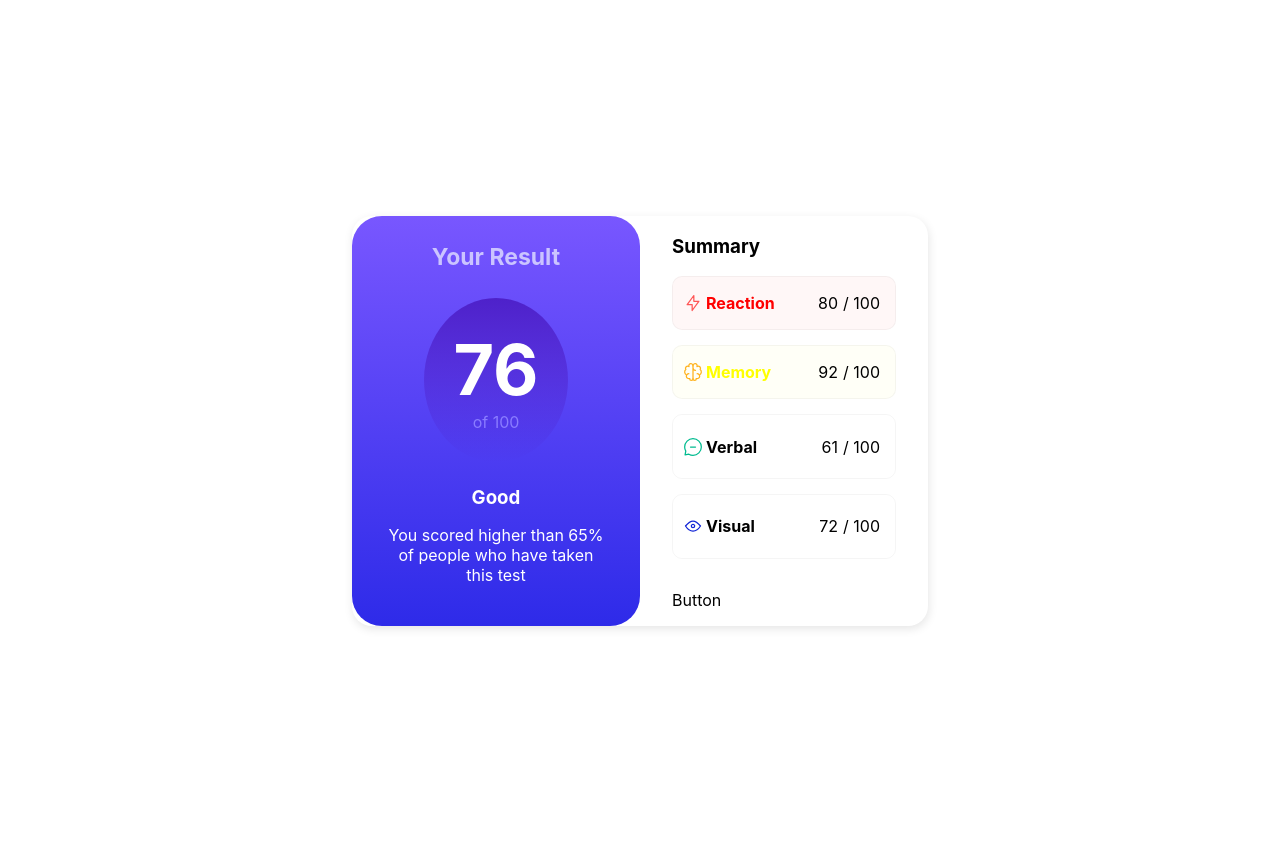
Repository: JeanPaulBassil/Result-Summary-Design
Page: /
The author's editor kept a copy of each file at every save. The page is drawn from the files as they stood at one save, then again after the next save.
The browser window is 1280 px wide. The pictures show the whole page.
The project was rebuilt for these pictures with package versions that can differ from the ones it lists, and the page was loaded fresh each time.

Above is the page before, as saved 2023-02-24 18:00:14.

After the next save:
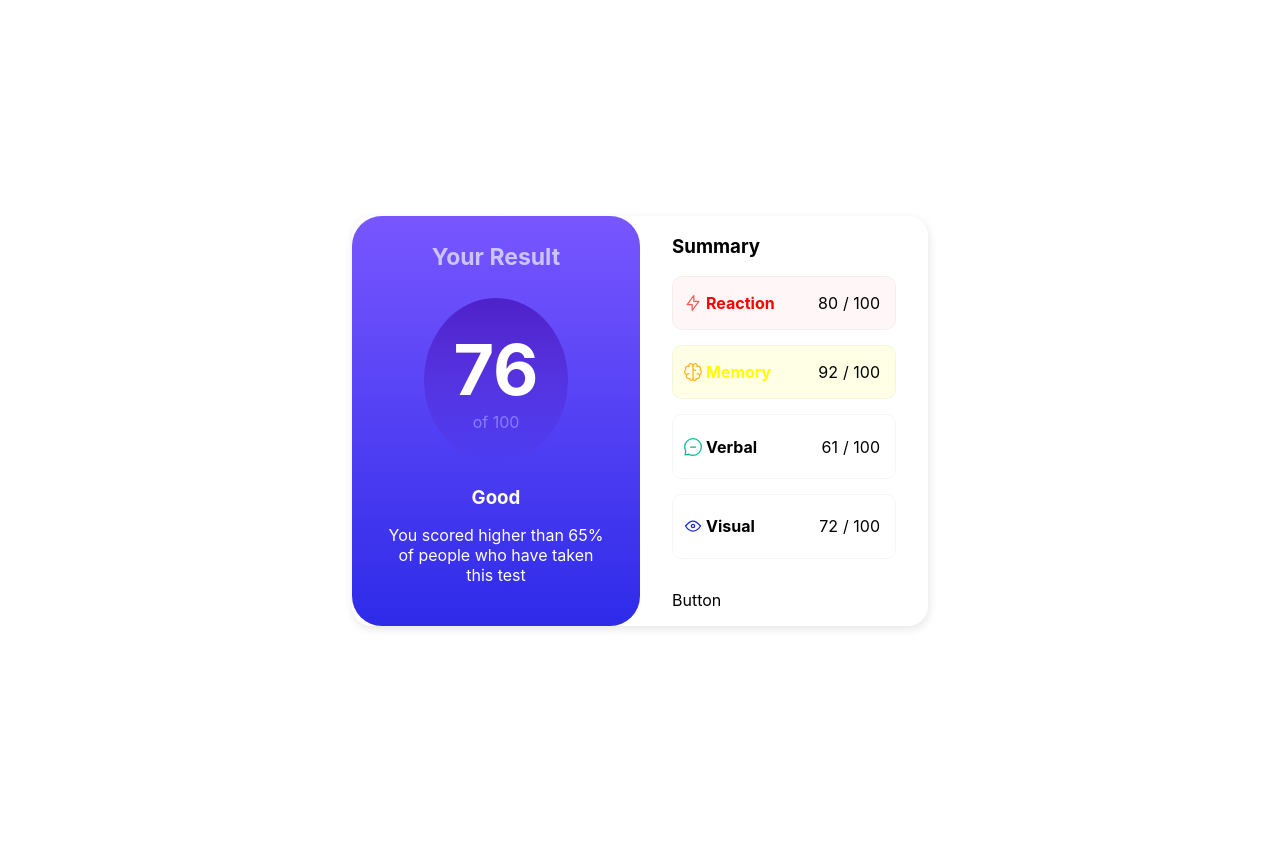
Saved 30 s later.
--- a/src/Components/Summary/Summary.css
+++ b/src/Components/Summary/Summary.css
@@ -43,7 +43,7 @@
 }
 
 .yellow {
-    background-color: rgba(255, 255, 0, 0.03);
+    background-color: rgba(255, 255, 0, 0.1);
 }
 
 .yellow > div > h4 {

After the save that followed:
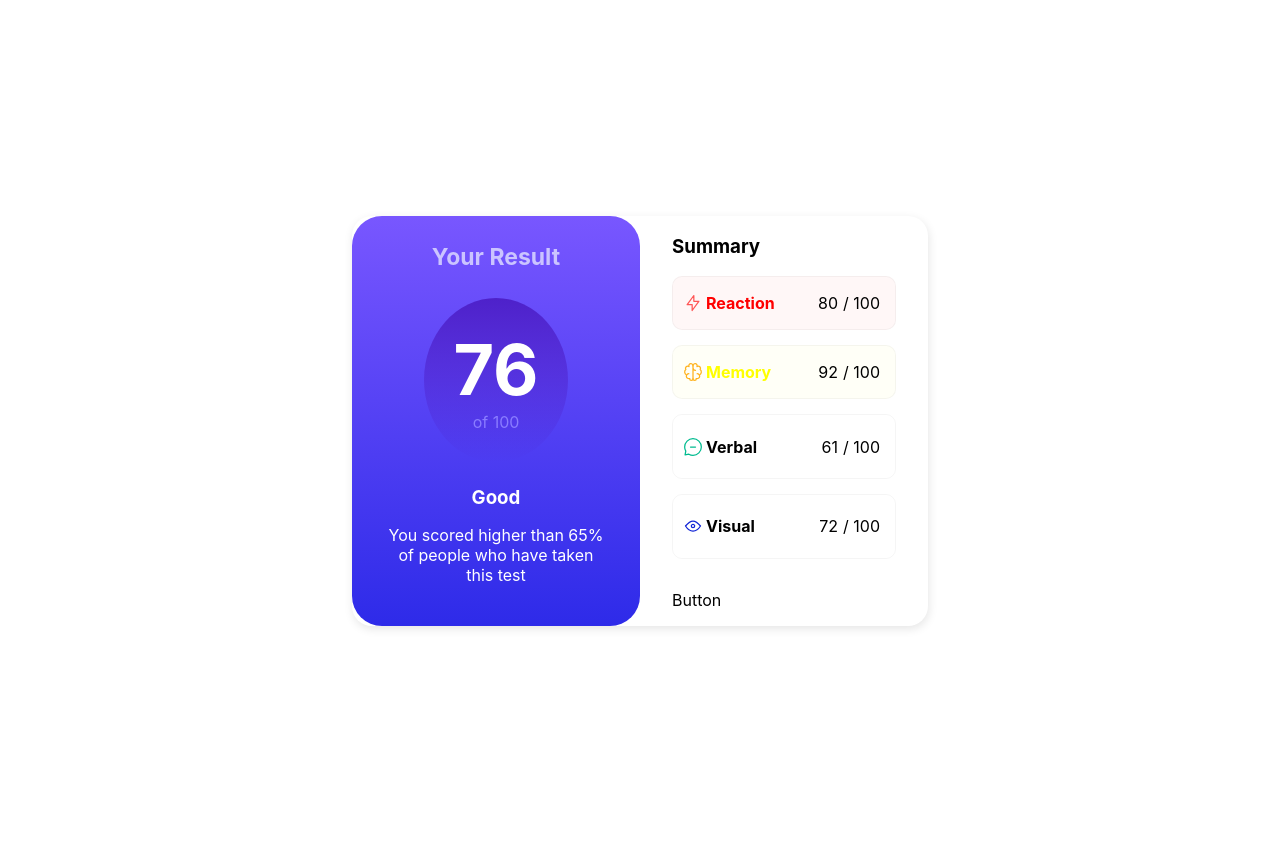
Saved 4 s later.
--- a/src/Components/Summary/Summary.css
+++ b/src/Components/Summary/Summary.css
@@ -43,7 +43,7 @@
 }
 
 .yellow {
-    background-color: rgba(255, 255, 0, 0.1);
+    background-color: rgba(255, 255, 0, 0.03);
 }
 
 .yellow > div > h4 {
